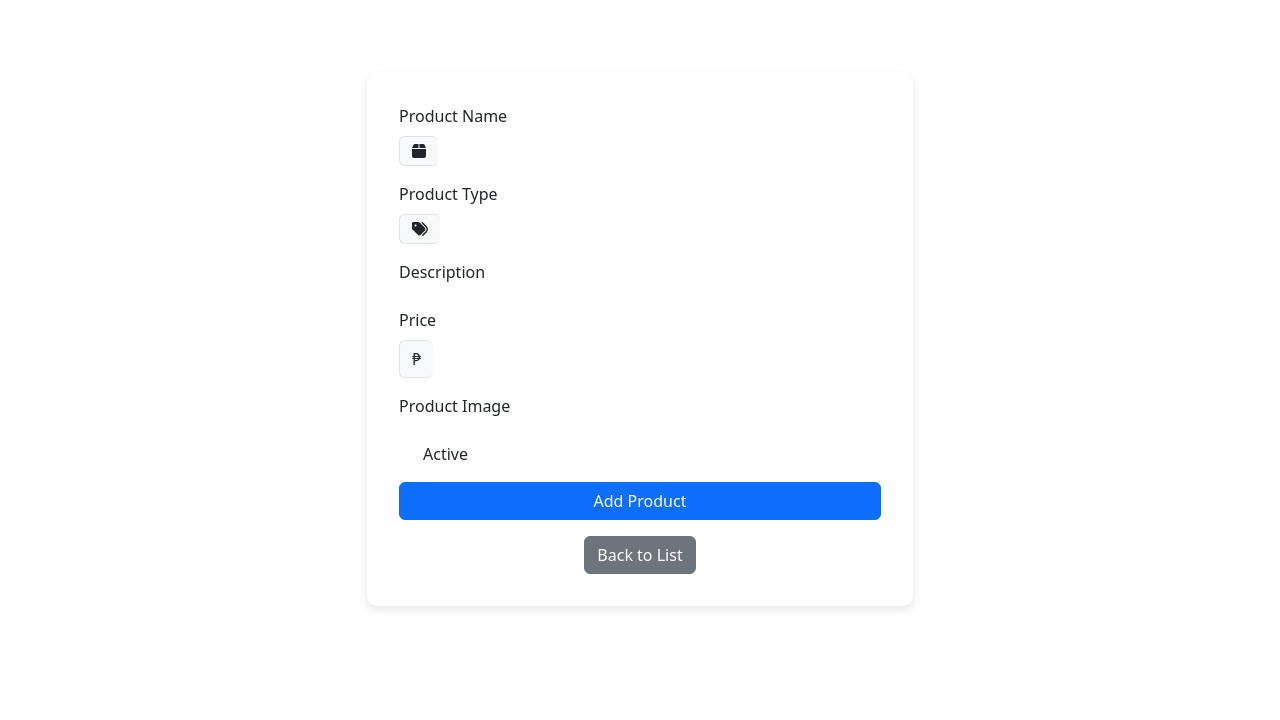
Repository: Jijiluzana225/indahagdelivery.com
Page: store/templates/store/product_form.html
An editor plug-in stored every save of this project. The page is shown before and after a run of saves, followed by the edit.
The browser window is 1280 px wide. The pictures show the whole page.
The template is drawn by Django 5.2. The application's start-up code is not run. The template is opened directly, without the code that normally fills it, so the values that code supplies are empty.

Above is the page before, as saved 2025-01-22 14:18:07.

After the next 2 saves:
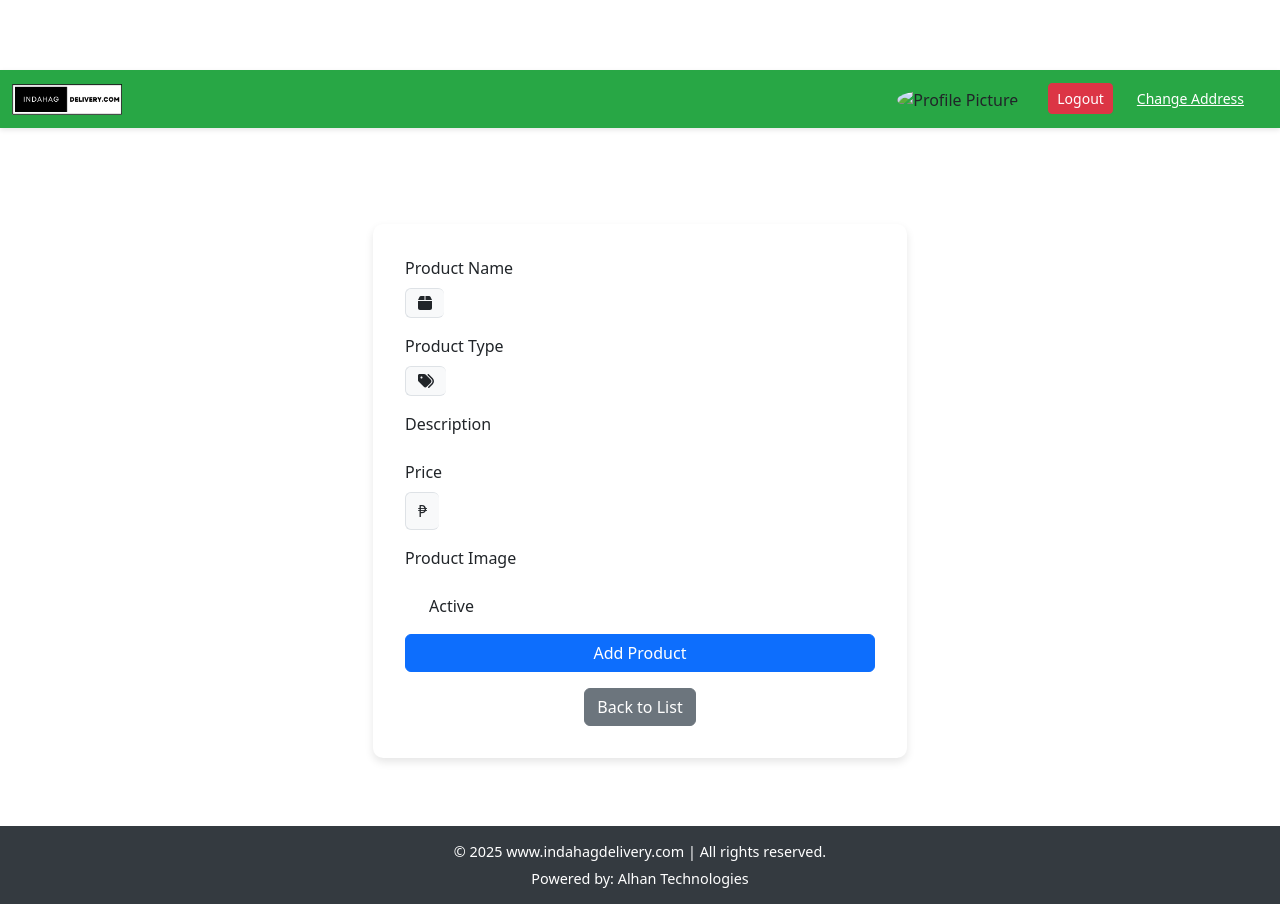
The 2 saves are shown as one change because 1 did not build or start.
The last was saved 62 s later.
--- a/store/templates/store/product_form.html
+++ b/store/templates/store/product_form.html
@@ -1,4 +1,6 @@
+{% extends 'store/base.html' %}
 
+{% block content %}
 <head>
     <meta charset="UTF-8">
     <meta name="viewport" content="width=device-width, initial-scale=1.0">
@@ -106,4 +108,4 @@
     <script src="https://cdn.jsdelivr.net/npm/bootstrap@5.3.0-alpha3/dist/js/bootstrap.bundle.min.js"></script>
     <script src="https://cdnjs.cloudflare.com/ajax/libs/font-awesome/6.0.0-beta3/js/all.min.js"></script>
 </body>
-</html>
+{% endblock %}
